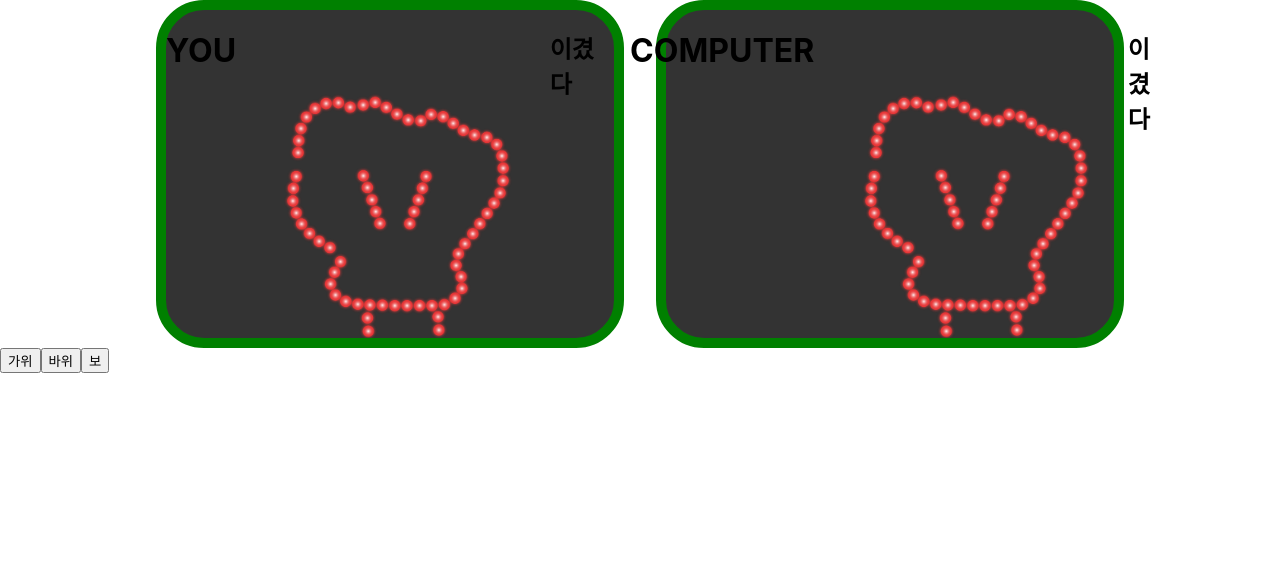
Repository: KIMMIHYE12/classComponent
Page: /
An editor plug-in stored every save of this project. The page is shown before and after the next save, followed by the edit.
The browser window is 1280 px wide. The pictures show the whole page.
The project was rebuilt for these pictures with package versions that can differ from the ones it lists, and the page was loaded fresh each time.

Above is the page before, as saved 2024-03-18 20:53:07.

### src/App.js
import "./App.css";
import { Box } from "./component/Box";

function App() {
  return (
    <>
      <div className='game_screen'>
        <Box title='YOU' />
        <Box title='COMPUTER' />
      </div>
      <div>
        <button>가위</button>
        <button>바위</button>
        <button>보</button>
      </div>
    </>
  );
}

export default App;

### src/App.css
.game_screen {
  width: 100%;
  display: flex;
  justify-content: center;
}
.box {
  width: 35%;
  display: flex;
  justify-content: center;
  margin: 0 1em;
  border: 10px solid green;
  background: #333;
  border-radius: 3rem;
}
img {
  width: 70%;
}

### src/component/Box.js
import React from "react";

export const Box = (props) => {
  console.log(props);
  return (
    <div className='box'>
      <h1>{props.title}</h1>
      <img src='/images/rock.png' />
      <h2>이겼다</h2>
    </div>
  );
};

Loaded but not shown: public/index.html (common file); src/index.js (common file); src/index.css (common file); src/reportWebVitals.js (common file)

After the next save:
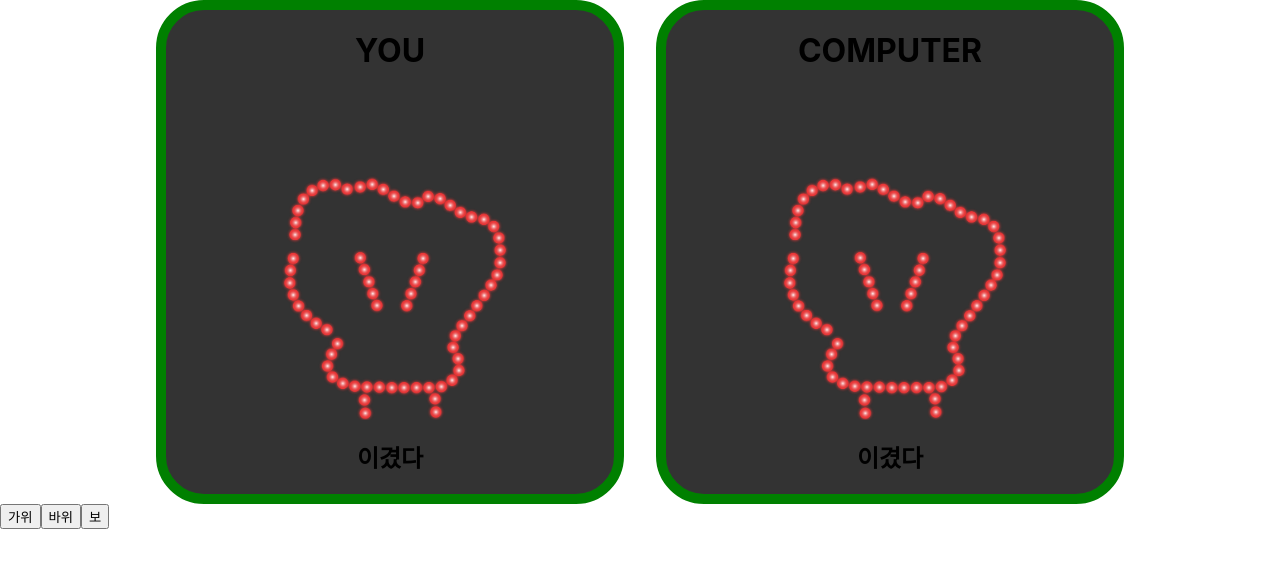
Saved 21 s later.
--- a/src/App.css
+++ b/src/App.css
@@ -6,7 +6,8 @@
 .box {
   width: 35%;
   display: flex;
-  justify-content: center;
+  align-items: center;
+  flex-direction: column;
   margin: 0 1em;
   border: 10px solid green;
   background: #333;
